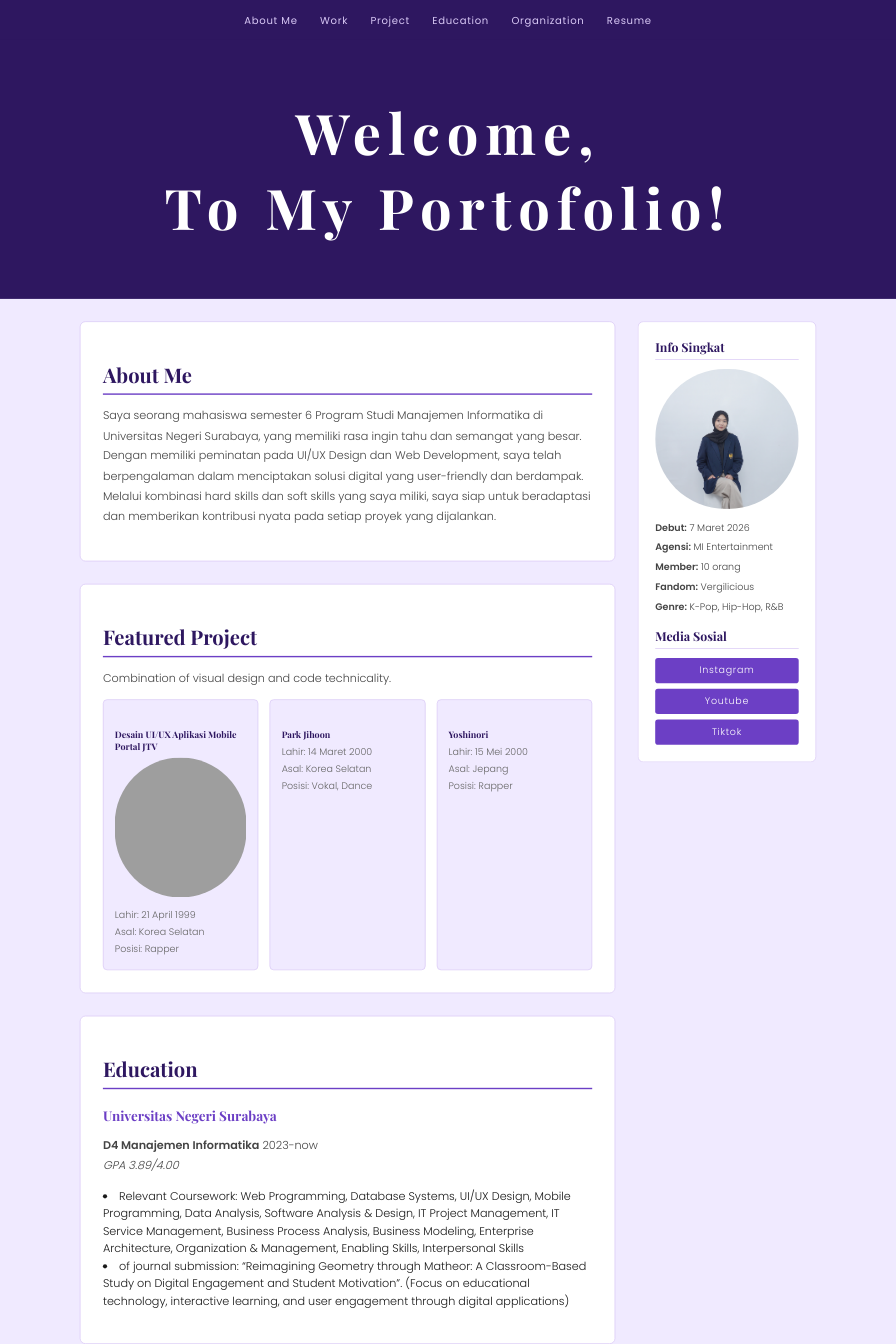
Repository: VergiMutiaRahmasyani/Website-Portofolio
Page: index.html
The author's editor kept a copy of each file at every save. The page is drawn from the files as they stood at one save, then again after the next save.
The browser window is 1280 px wide. The pictures show the part of the page from y = 0 to 1920 px (the page is 2775 px tall), at 70% of full size.
Pictures or frames that could not be fetched are drawn as grey boxes.

Above is the page before, as saved 2026-03-07 13:34:22.

### index.html
<!DOCTYPE html>
<html>
    <head>
        <meta charset="utf-8" />
        <meta name="viewport" content="width=device-width, initial-scale=1.0" />
        <title>Portofolio Vergi</title>

        <!-- My Own CSS -->
        <link rel="stylesheet" href="css/style.css" />

        <!-- Google Fonts -->
        <link rel="preconnect" href="https://fonts.googleapis.com">
        <link rel="preconnect" href="https://fonts.gstatic.com" crossorigin>
        <link href="https://fonts.googleapis.com/css2?family=Playfair+Display:wght@400;700&family=Poppins:wght@300;400;600&display=swap" rel="stylesheet">
    </head>

    <body>

        <!-- HEADER -->
        <header class="site-header">

            <!-- NAVBAR -->
            <div class="navbar">
                <nav class="nav-list">
                    <ul>
                        <li><a href="#About">About Me</a></li>
                        <li><a href="#Work">Work</a></li>
                        <li><a href="Project">Project</a></li>
                        <li><a href="#Education">Education</a></li>
                        <li><a href="Organization">Organization</a></li>
                        <li><a href="https://drive.google.com/file/d/13-ep7ykiG-k7d2KfzBZSPx55XoqW1qHe/view?usp=sharing" target="_blank"> Resume</a></li>
                    </ul>
                </nav>
            </div>

            <div class="hero">
                <div class="hero-overlay">
                    <h1>Welcome, <br> To My Portofolio!</h1>
                </div>
            </div>

        </header>

        <!-- MAIN -->
        <main>
            <div class="content-wrapper">
                <div id="content">
                    <article id="About">
                        <h2>About Me</h2>
                        <p>
                            Saya seorang mahasiswa semester 6 Program Studi Manajemen Informatika di Universitas Negeri Surabaya, yang memiliki rasa
                            ingin tahu dan semangat yang besar. Dengan memiliki peminatan pada UI/UX Design dan Web Development,
                            saya telah berpengalaman dalam menciptakan solusi digital yang user-friendly dan berdampak. Melalui
                            kombinasi hard skills dan soft skills yang saya miliki, saya siap untuk beradaptasi dan memberikan kontribusi
                            nyata pada setiap proyek yang dijalankan.
                        </p>
                    </article>

                    <article id="Project">
                        <h2>Featured Project</h2>
                        <p>
                            Combination of visual design and code technicality.
                        </p>

                        <div class="project-list">
                            <div class="project-card">
                                <h3>Desain UI/UX Aplikasi Mobile Portal JTV</h3>
                                <img src="https://assets.promediateknologi.id/crop/102x655:921x1098/750x0/webp/photo/2023/07/03/F0HwG4daEAE8TSh-2407782942.jpg" alt="Logo TREASURE" class="aside-img" />
                                <p>Lahir: 21 April 1999</p>
                                <p>Asal: Korea Selatan</p>
                                <p>Posisi: Rapper</p>
                            </div>
                            <div class="project-card">
                                <h3>Park Jihoon</h3>
                                <p>Lahir: 14 Maret 2000</p>
                                <p>Asal: Korea Selatan</p>
                                <p>Posisi: Vokal, Dance</p>
                            </div>
                            <div class="project-card">
                                <h3>Yoshinori</h3>
                                <p>Lahir: 15 Mei 2000</p>
                                <p>Asal: Jepang</p>
                                <p>Posisi: Rapper</p>
                            </div>
                        </div>
                    </article>

                    <article >
                        <h2>Education</h2>
                        <h3>Universitas Negeri Surabaya</h3>
                        <p>
                            <strong>D4 Manajemen Informatika</strong>  2023-now
                            <br><em>GPA 3.89/4.00</em>
                            <br>
                        </p>
                        <p>
                            <li> Relevant Coursework: Web Programming, Database Systems, UI/UX Design, Mobile Programming, Data
                                Analysis, Software Analysis & Design, IT Project Management, IT Service Management, Business Process
                                Analysis, Business Modeling, Enterprise Architecture, Organization & Management, Enabling Skills,
                                Interpersonal Skills</li>
                            <li> of journal submission: “Reimagining Geometry through Matheor: A Classroom-Based Study on Digital
                                Engagement and Student Motivation”. (Focus on educational technology, interactive learning, and user
                                engagement through digital applications)</li>
                        </p>
                    </article>

                    <article id="pengalaman">
                        <h2>Experience</h2>
                        <p>
                            Sejak debut, TREASURE telah merilis berbagai album dan single yang sukses di tangga lagu Korea maupun internasional.
                        </p>

                        <h3> Organization </h3>
                        <ul class="pengalaman-list">
                            <li>
                                <strong>HIMAFORTIC Himpunan Mahasiswa Prodi Manajemen Informatika</strong> — Februari 2022
                                <br><em>Kepala Departemen Agama dan Sosial</em>
                                <br>Bertanggung jawab sebagai steering commitee di dalam program kerja dengan menjadi pengarah,
                                pengawas, dan penasihat  pada seluruh sie/peran.
                            </li>
                            <li>
                                <strong>THE SECOND STEP: CHAPTER TWO</strong> — September 2022
                                <br>Lagu Utama: <em>HELLO</em>
                            </li>


                        <h3>Volunteer</h3>
                        <ul class="pengalaman-list">
                            <li>
                                <strong>The First Step: Treasure Effect</strong> — Desember 2020
                                <br>Lagu Utama: <em>MY TREASURE</em>
                            </li>
                    </article>

                </div>

                <!-- ASIDE -->
                <aside>
                    <div class="aside-inner">
                        <h3>Info Singkat</h3>
                        <img src="img/vergi photo.jpeg" alt="Foto Vergi" class="aside-img" />
                        <ul class="aside-info">
                            <li><strong>Debut:</strong> 7 Maret 2026</li>
                            <li><strong>Agensi:</strong> MI Entertainment</li>
                            <li><strong>Member:</strong> 10 orang</li>
                            <li><strong>Fandom:</strong> Vergilicious</li>
                            <li><strong>Genre:</strong> K-Pop, Hip-Hop, R&B</li>
                        </ul>

                        <h3>Media Sosial</h3>
                        <ul class="aside-social">
                            <li><a href="https://www.instagram.com/yg_treasure_official/" target="_blank">Instagram</a></li>
                            <li><a href="https://www.youtube.com/@TREASURE" target="_blank">Youtube</a></li>
                            <li><a href="https://tiktok.com/@yg_treasure_tiktok" target="_blank">Tiktok</a></li>
                        </ul>
                    </div>
                </aside>
            </div>

        </main>

        <!-- FOOTER -->
        <footer>
            <p>Website Profil TREASURE &copy;2026 </p>
        </footer>

    </body>
</html>

### css/style.css
*,
*::before,
*::after {
    box-sizing: border-box;
}

/* =====================
   PALET WARNA UNGU
   --ungu-gelap   : #2e1760  (navbar, footer)
   --ungu-utama   : #6c3fc5  (aksen utama)
   --ungu-sedang  : #9b6ee0  (hover, border)
   --ungu-muda    : #d8c8f5  (border ringan)
   --ungu-pucat   : #f0eaff  (background halaman)
   ===================== */

body {
    font-family: 'Poppins', sans-serif;
    font-weight: 300;
    background-color: #f0eaff;
    color: #1a1a1a;
    margin: 0;
}


/* =====================
   HEADER
   ===================== */

header.site-header {
    background-color: #2e1760;
    color: white;
}

/* NAVBAR */
header.site-header .navbar {
    padding: 1rem 2rem;
    position: fixed;
    top: 0;
    left: 0;
    right: 0;
    width: 100%;
    z-index: 999;
    background-color: #2e1760;
}

header.site-header .nav-list ul {
    list-style: none;
    padding: 0;
    margin: 0;

    display: flex;
    justify-content: center;
    gap: 2rem;
}

header.site-header .nav-list li a {
    text-decoration: none;
    color: #d8c8f5;
    font-size: 0.9rem;
    font-weight: 400;
    letter-spacing: 1px;
    transition: color 0.2s ease;
}

header.site-header .nav-list li a:hover {
    color: white;
}

/* HERO */
header.site-header .hero {
    position: relative;
    width: 100%;
    height: 370px;
    overflow: hidden;
    margin-top: 57px;
}

header.site-header .hero .hero-overlay {
    position: absolute;
    inset: 0;
    display: flex;
    align-items: center;
    justify-content: center;
}

header.site-header .hero .hero-overlay h1 {
    font-family: 'Playfair Display', serif;
    font-size: 5rem;
    letter-spacing: 10px;
    color: white;
    margin: 0;
    text-align: center;
}


/* =====================
   MAIN & LAYOUT
   ===================== */

main {
    max-width: 1100px;
    margin-inline: auto;
    padding: 2rem 1.5rem;
}

.content-wrapper {
    display: flex;
    gap: 2rem;
    align-items: flex-start;
}

#content {
    flex: 3;

    display: flex;
    flex-direction: column;
    gap: 2rem;
}


/* =====================
   ARTICLE
   ===================== */

article {
    background-color: white;
    border: 1px solid #d8c8f5;
    border-radius: 8px;
    padding: 2rem;
}

article h2 {
    font-family: 'Playfair Display', serif;
    font-size: 1.8rem;
    margin-bottom: 1rem;
    padding-bottom: 0.5rem;
    border-bottom: 2px solid #6c3fc5;
    color: #2e1760;
}

article h3 {
    font-family: 'Playfair Display', serif;
    font-size: 1.2rem;
    margin-top: 1.5rem;
    margin-bottom: 0.5rem;
    color: #6c3fc5;
}

article p {
    line-height: 1.8;
    margin-bottom: 1rem;
    color: #444;
}


/* =====================
   TABEL INFO
   ===================== */

.info-table {
    width: 100%;
    border-collapse: collapse;
    margin-top: 1.5rem;
}

.info-table th,
.info-table td {
    padding: 0.6rem 1rem;
    text-align: left;
    border-bottom: 1px solid #d8c8f5;
    font-size: 0.95rem;
}

.info-table th {
    width: 35%;
    font-weight: 600;
    color: #2e1760;
    background-color: #f0eaff;
}

.info-table td {
    color: #444;
}


/* =====================
   PROJECT CARDS
   ===================== */

.project-list {
    display: flex;
    flex-wrap: wrap;
    gap: 1rem;
    margin-top: 0.5rem;
}

.project-card {
    flex: 1 1 160px;
    background-color: #f0eaff;
    border: 1px solid #d8c8f5;
    border-radius: 6px;
    padding: 1rem;
}

.project-img {
    width: 100%;
    max-width: 250px;
    height: 200px;
    object-fit:cover;
    object-position: top;
    display: block;
    margin: 0.5rem auto 1rem auto;
    border-radius: 6px;
}

.project-card h3 {
    font-size: 0.8rem;
    margin-top: 0.5;
    margin-bottom: 0.5rem;
    color: #2e1760;
}

.project-card p {
    font-size: 0.85rem;
    color: #666;
    margin: 0.2rem 0;
    line-height: 1.5;
}


/* =====================
   ALBUM LIST
   ===================== */

.pengalaman-list {
    list-style: none;
    padding: 0;
    margin: 0.5rem 0 1rem 0;

    display: flex;
    flex-direction: column;
    gap: 0.6rem;
}

.pengalaman-list li {
    padding: 0.7rem 1rem;
    background-color: #f0eaff;
    border-left: 3px solid #6c3fc5;
    border-radius: 0 4px 4px 0;
    font-size: 0.9rem;
    color: #444;
    line-height: 1.6;
}


/* =====================
   ASIDE
   ===================== */

aside {
    flex: 1;
    position: sticky;
    top: 80px;
}

aside .aside-inner {
    background-color: white;
    border: 1px solid #d8c8f5;
    border-radius: 8px;
    padding: 1.5rem;
}

aside h3 {
    font-family: 'Playfair Display', serif;
    font-size: 1.1rem;
    margin-top: 1.2rem;
    margin-bottom: 0.8rem;
    padding-bottom: 0.4rem;
    border-bottom: 1px solid #d8c8f5;
    color: #2e1760;
}

aside h3:first-child {
    margin-top: 0;
}

.aside-img {
    width: 100%;
    max-width: 250px;
    height: 200px;
    object-fit: cover;
    object-position: center;
    display: block;
    margin: 0.5rem auto 1rem auto;
    border-radius: 100px;
}

.aside-info {
    list-style: none;
    padding: 0;
    margin: 0;

    display: flex;
    flex-direction: column;
    gap: 0.4rem;
}

.aside-info li {
    font-size: 0.85rem;
    color: #444;
    line-height: 1.6;
}

.aside-social {
    list-style: none;
    padding: 0;
    margin: 0;

    display: flex;
    flex-direction: column;
    gap: 0.5rem;
}

.aside-social li a {
    display: block;
    text-align: center;
    padding: 0.5rem;
    background-color: #6c3fc5;
    color: white;
    text-decoration: none;
    border-radius: 4px;
    font-size: 0.85rem;
    letter-spacing: 1px;
    transition: background-color 0.2s ease;
}

.aside-social li a:hover {
    background-color: #9b6ee0;
}


/* =====================
   FOOTER
   ===================== */

footer {
    background-color: #2e1760;
    color: #d8c8f5;
    text-align: center;
    padding: 1.5rem;
    margin-top: 3rem;
    font-size: 0.85rem;
    letter-spacing: 1px;
}


/* =====================
   RESPONSIVE
   ===================== */

@media screen and (max-width: 768px) {
    header.site-header .nav-list ul {
        flex-wrap: wrap;
        justify-content: center;
        gap: 0.8rem;
    }

    .content-wrapper {
        flex-direction: column;
    }

    aside {
        position: static;
        width: 100%;
    }

    .project-card {
        flex: 1 1 130px;
    }
}

After the next save:
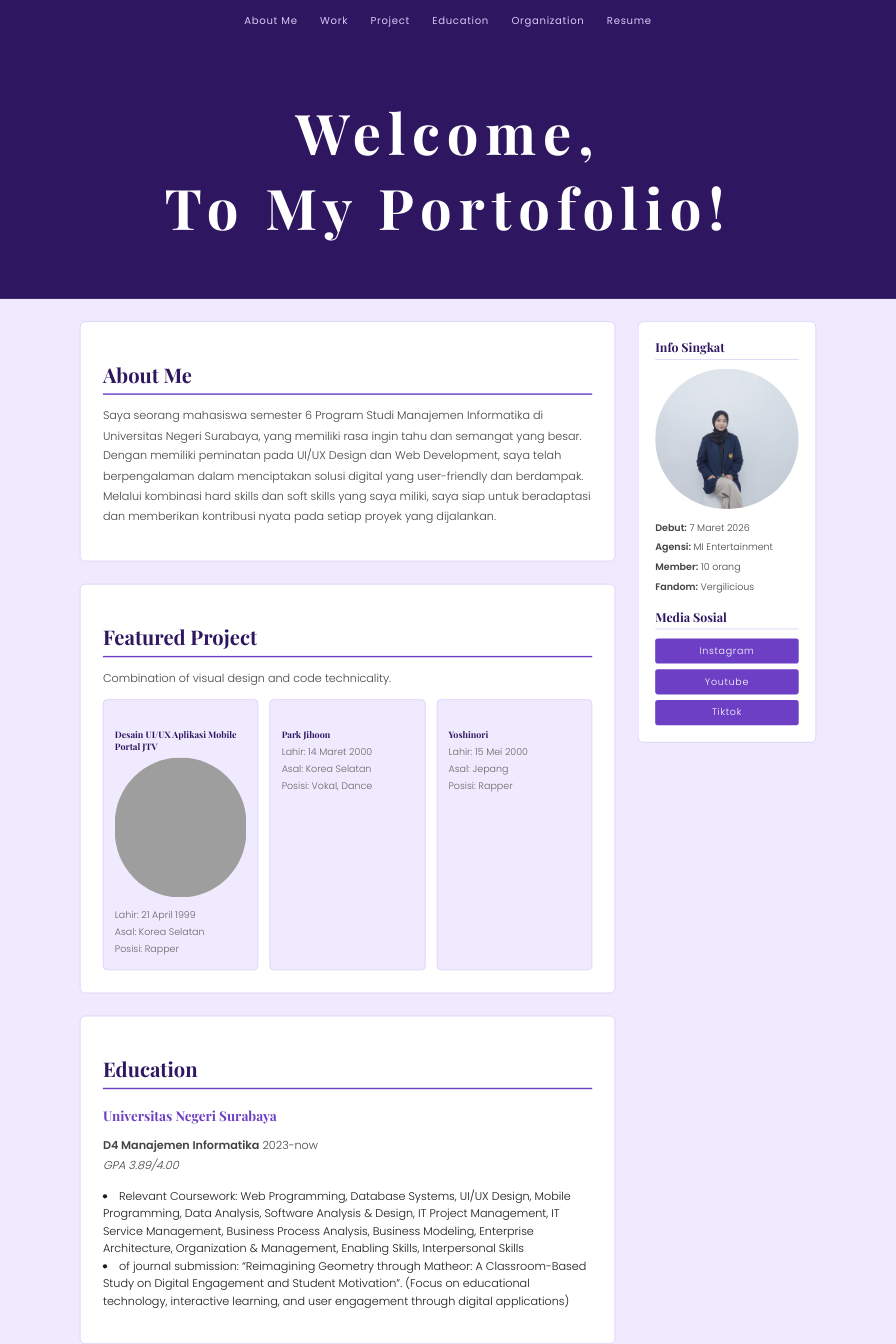
Saved 46 s later.
--- a/index.html
+++ b/index.html
@@ -144,7 +144,6 @@
                             <li><strong>Agensi:</strong> MI Entertainment</li>
                             <li><strong>Member:</strong> 10 orang</li>
                             <li><strong>Fandom:</strong> Vergilicious</li>
-                            <li><strong>Genre:</strong> K-Pop, Hip-Hop, R&B</li>
                         </ul>
 
                         <h3>Media Sosial</h3>
